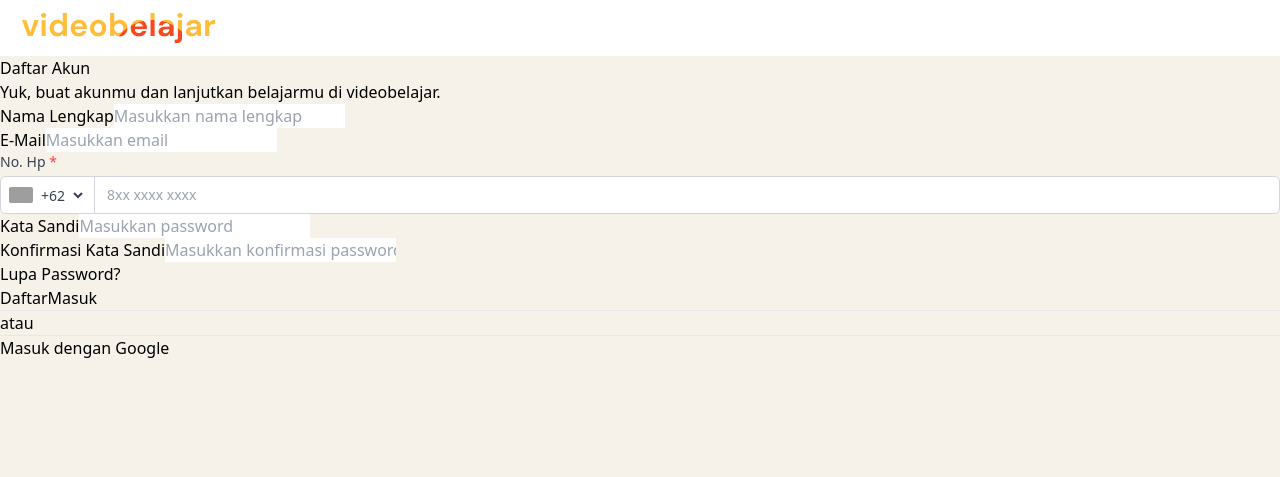
Repository: dimascahyanugraha/Course-Mission-4
Page: /signup
An editor plug-in stored every save of this project. The page is shown before and after the next save, followed by the edit.
The browser window is 1280 px wide. The pictures show the whole page.
Pictures or frames that could not be fetched are drawn as grey boxes. The project was rebuilt for these pictures with package versions that can differ from the ones it lists, and the page was loaded fresh each time. Also part of the build but not shown: vite.config.js, src/components/LoginPage.jsx.

Above is the page before, as saved 2026-05-29 10:43:39.

After the next save:
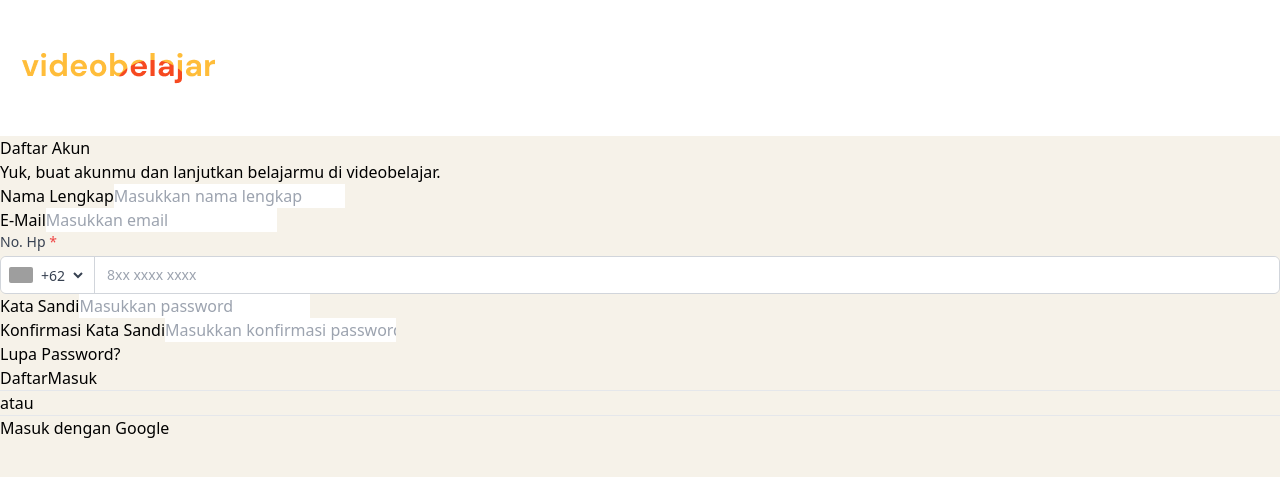
Saved 12 s later.
--- a/src/components/Signup.jsx
+++ b/src/components/Signup.jsx
@@ -4,7 +4,7 @@ import indonesia from "../assets/indonesia.png";
 export default function Signup() {
   return (
     <div className="min-h-screen bg-[#f6f2e9] flex flex-col">
-      <header className="bg-white">
+      <header className="bg-white py-10">
         <img src={logoVideoBelajar} alt="logo" />
       </header>
 
